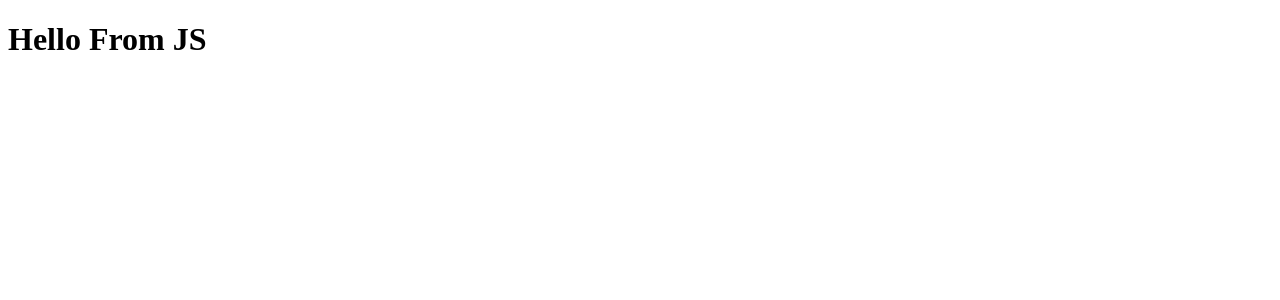
Repository: max535/react-typescript
Page: /about
The author's editor kept a copy of each file at every save. The page is drawn from the files as they stood at one save, then again after the next save.
The browser window is 1280 px wide. The pictures show the whole page.
The project was rebuilt for these pictures with package versions that can differ from the ones it lists, and the page was loaded fresh each time.

Above is the page before, as saved 2022-07-29 15:37:56.

### public/index.html
<!DOCTYPE html>
<html lang="en">

<head>
  <meta charset="utf-8" />
  <meta
    name="viewport"
    content="width=device-width, initial-scale=1"
  />
  <title>React App</title>
</head>

<body>
  <div id="root"></div>
</body>

</html>

### src/index.tsx
import React from 'react';
import ReactDOM from 'react-dom/client';
import { App } from './App';

const root = ReactDOM.createRoot(document.getElementById('root') as HTMLElement);

root.render(<App />)

### src/App.tsx
import React, {createElement as e} from 'react';

export function App() {
    return e('h1', {}, 'Hello From JS');
}

After the next save:
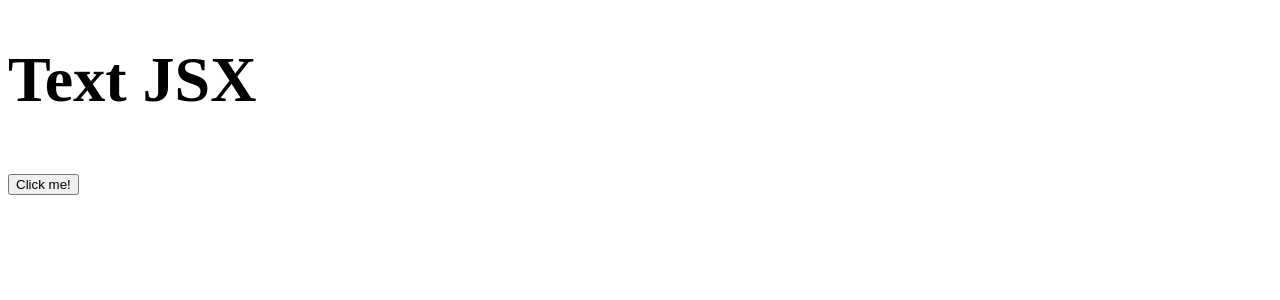
Saved 87 s later.
--- a/src/App.tsx
+++ b/src/App.tsx
@@ -1,5 +1,8 @@
 import React, {createElement as e} from 'react';
 
 export function App() {
-    return e('h1', {}, 'Hello From JS');
+    return e('h1', {className: 'container'}, [
+        e('h1', {className: 'font-bold'}, 'Text JSX'),
+        e('button', {className: ''}, 'Click me!')
+    ]);
 }
